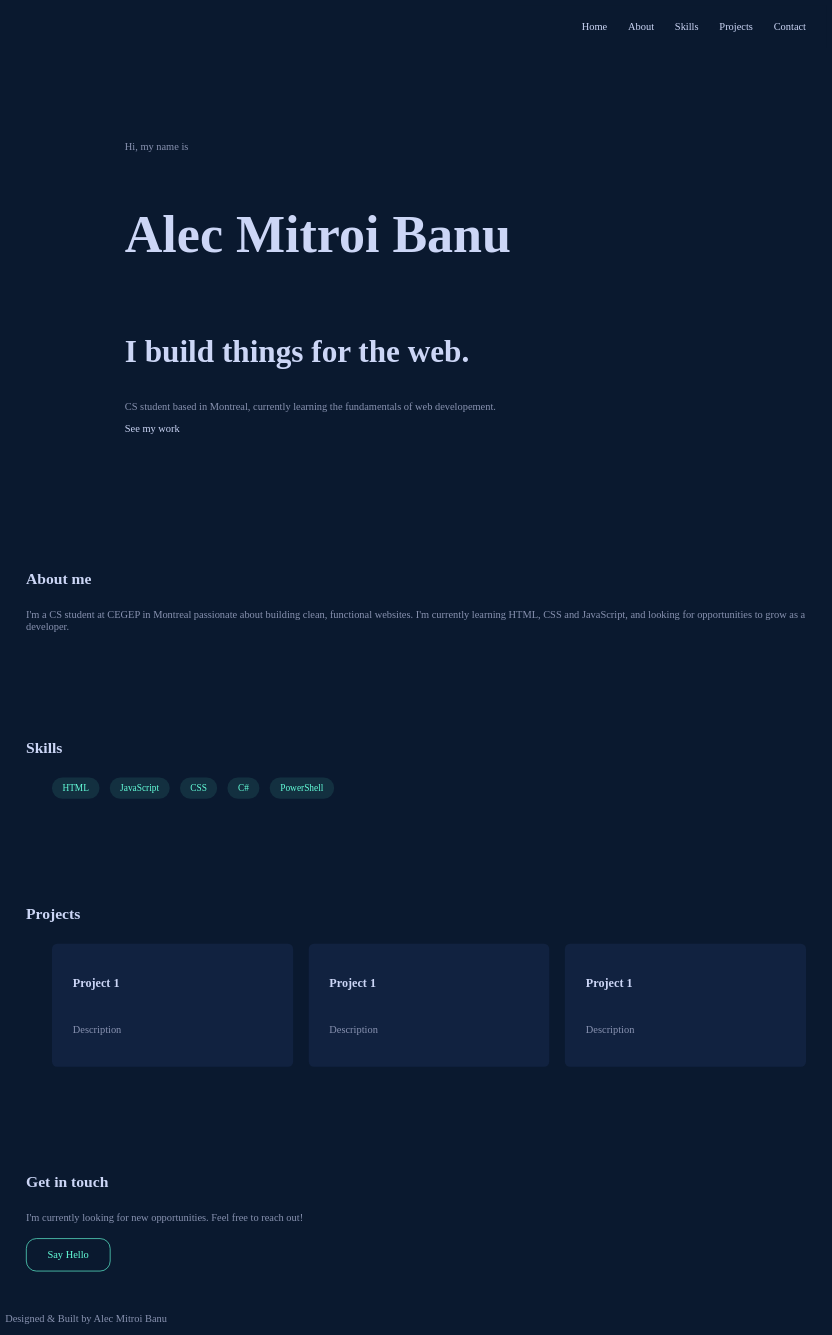
Repository: Alec-Banu/Alec-Banu
Page: index.html
The author's editor kept a copy of each file at every save. The page is drawn from the files as they stood at one save, then again after the next save.
The browser window is 1280 px wide. The pictures show the whole page, at 65% of full size.

Above is the page before, as saved 2026-05-05 12:23:52.

### index.html
<!doctype html>
<html lang="en">
  <head>
    <meta charset="UTF-8" />
    <meta name="viewport" content="width=device-width, initial-scale=1.0" />
    <title>Alec Mitroi Banu</title>
    <link rel="stylesheet" href="./styles/globals.css" />
    <link rel="stylesheet" href="./styles/index.css" />
  </head>
  <body>
    <!-- Nav  -->
    <header>
      <nav>
        <a href="#hero">Home</a>
        <a href="#about">About</a>
        <a href="#skills">Skills</a>
        <a href="#projects">Projects</a>
        <a href="#contact">Contact</a>
      </nav>
    </header>

    <!-- Hero  -->

    <main>
      <section id="hero">
        <p>Hi, my name is</p>
        <h1>Alec Mitroi Banu</h1>
        <h2>I build things for the web.</h2>
        <p>
          CS student based in Montreal, currently learning the fundamentals of
          web developement.
        </p>
        <a href="#projects">See my work</a>
      </section>

      <!-- About  -->
      <section id="about">
        <h2>About me</h2>
        <p>
          I'm a CS student at CEGEP in Montreal passionate about building clean,
          functional websites. I'm currently learning HTML, CSS and JavaScript,
          and looking for opportunities to grow as a developer.
        </p>
      </section>

      <!-- Skills  -->
      <section id="skills">
        <h2>Skills</h2>
        <ul>
          <li>HTML</li>
          <li>JavaScript</li>
          <li>CSS</li>
          <li>C#</li>
          <li>PowerShell</li>
        </ul>
      </section>

      <!-- Projects -->
      <section id="projects">
        <h2>Projects</h2>
        <ul class="cards">
          <li>
            <article class="project-card">
              <h3>Project 1</h3>
              <p>Description</p>
            </article>
          </li>
          <li>
            <article class="project-card">
              <h3>Project 1</h3>
              <p>Description</p>
            </article>
          </li>
          <li>
            <article class="project-card">
              <h3>Project 1</h3>
              <p>Description</p>
            </article>
          </li>
        </ul>
      </section>

      <!-- Contact -->
      <section id="contact">
        <h2>Get in touch</h2>
        <p>
          I'm currently looking for new opportunities. Feel free to reach out!
        </p>
        <a href="mailto:alecbanu@yahoo.com">Say Hello</a>
      </section>
    </main>
    <footer>
      <p>Designed & Built by Alec Mitroi Banu</p>
    </footer>
  </body>
</html>

### styles/globals.css
body {
  background-color: #0a192f;
}

/* TODO - move to globals for re-use */

h1 {
  font-size: 2rem;
  color: #ccd6f6;
}
h2 {
  font-size: 1.5rem;
  color: #8892b0;
}
p {
  color: #8892b0;
  margin: 1rem 0;
}

a {
  text-decoration: none;
  color: #ccd6f6;
}

### styles/index.css
/* NAVIGATION ****************************/

nav {
  display: flex;
  gap: 2rem;
  padding: 1.5rem 2rem;
  justify-content: flex-end;

  background-color: #0a192f;
}

header {
  position: sticky;
  top: 0;
  right: 0;
}

/* CONTENT ****************************/

#hero {
  min-height: 100vh;
  display: flex;
  flex-direction: column;
  justify-content: center;
  padding: 0 2rem;
  max-width: 56rem;
  margin: 0 auto;
}

section {
  padding: 4rem 2rem;

  h2 {
    font-size: 1.5rem;
    margin-bottom: 2rem;
    color: #ccd6f6;
  }
}

#skills {
  ul {
    display: flex;
    flex-wrap: wrap;
    gap: 1rem;
  }
  li {
    background-color: #64ffda1a;
    color: #64ffda;
    padding: 0.5rem 1rem;
    border-radius: 1rem;
    font-size: 0.9rem;
    list-style: none;
  }
}

#projects {
  .cards {
    display: grid;
    grid-template-columns: 1fr;
    gap: 1.5rem;
    list-style: none;
  }
  .project-card {
    background-color: #112240;
    padding: 2rem;
    border-radius: 0.5rem;
    display: flex;
    flex-direction: column;
    gap: 1rem;

    h3 {
      color: #ccd6f6;
    }
    p {
      color: #8892b0;
    }
  }
}

#contact {
  a {
    border: 0.1rem solid #64ffda;
    color: #64ffda;
    padding: 1rem 2rem;
    border-radius: 1rem;
  }
  a:hover {
    background-color: #64ffda1a;
    text-decoration: none;
  }
  p {
    margin-bottom: 2.5rem;
  }
}

/* Tablet */

@media (min-width: 768px) {
  #hero h1 {
    font-size: 3.5rem;
  }
  #hero h2 {
    font-size: 2.5rem;
  }
  #projects .cards {
    grid-template-columns: 1fr 1fr;
  }
}

/* Desktop */

@media (min-width: 1024px) {
  #hero h1 {
    font-size: 5rem;
  }
  #hero h2 {
    font-size: 3rem;
  }
  #projects .cards {
    grid-template-columns: 1fr 1fr 1fr;
  }
}

### scripts/scripts.js
const canvas = document.getElementById("dot-canvas");
const ctx = canvas.getContext("2d");

let mouse = { x: -1000, y: -1000 };
const spacing = 11;
const dotRadius = 1.5;
const cursorRadius = 150;

canvas.style.position = "fixed";
canvas.style.top = "0";
canvas.style.left = "0";
canvas.style.zIndex = "-1";
canvas.style.width = "100%";
canvas.style.height = "100%";

function resize() {
  canvas.width = window.innerWidth;
  canvas.height = window.innerHeight;
}

window.addEventListener("resize", resize);
resize();

window.addEventListener("mousemove", (e) => {
  mouse.x = e.clientX;
  mouse.y = e.clientY;
});

function draw() {
  ctx.clearRect(0, 0, canvas.width, canvas.height);

  for (let x = 0; x < canvas.width; x += spacing) {
    for (let y = 0; y < canvas.height; y += spacing) {
      const dx = mouse.x - x;
      const dy = mouse.y - y;
      const dist = Math.sqrt(dx * dx + dy * dy);

      let radius = dotRadius;
      if (dist < cursorRadius) {
        radius = dotRadius + (1 - dist / cursorRadius) * 3;
      }

      ctx.beginPath();
      ctx.arc(x, y, radius, 0, Math.PI * 2);
      ctx.fillStyle = "#373e53";
      ctx.fill();
    }
  }

  requestAnimationFrame(draw);
}

draw();

After the next save:
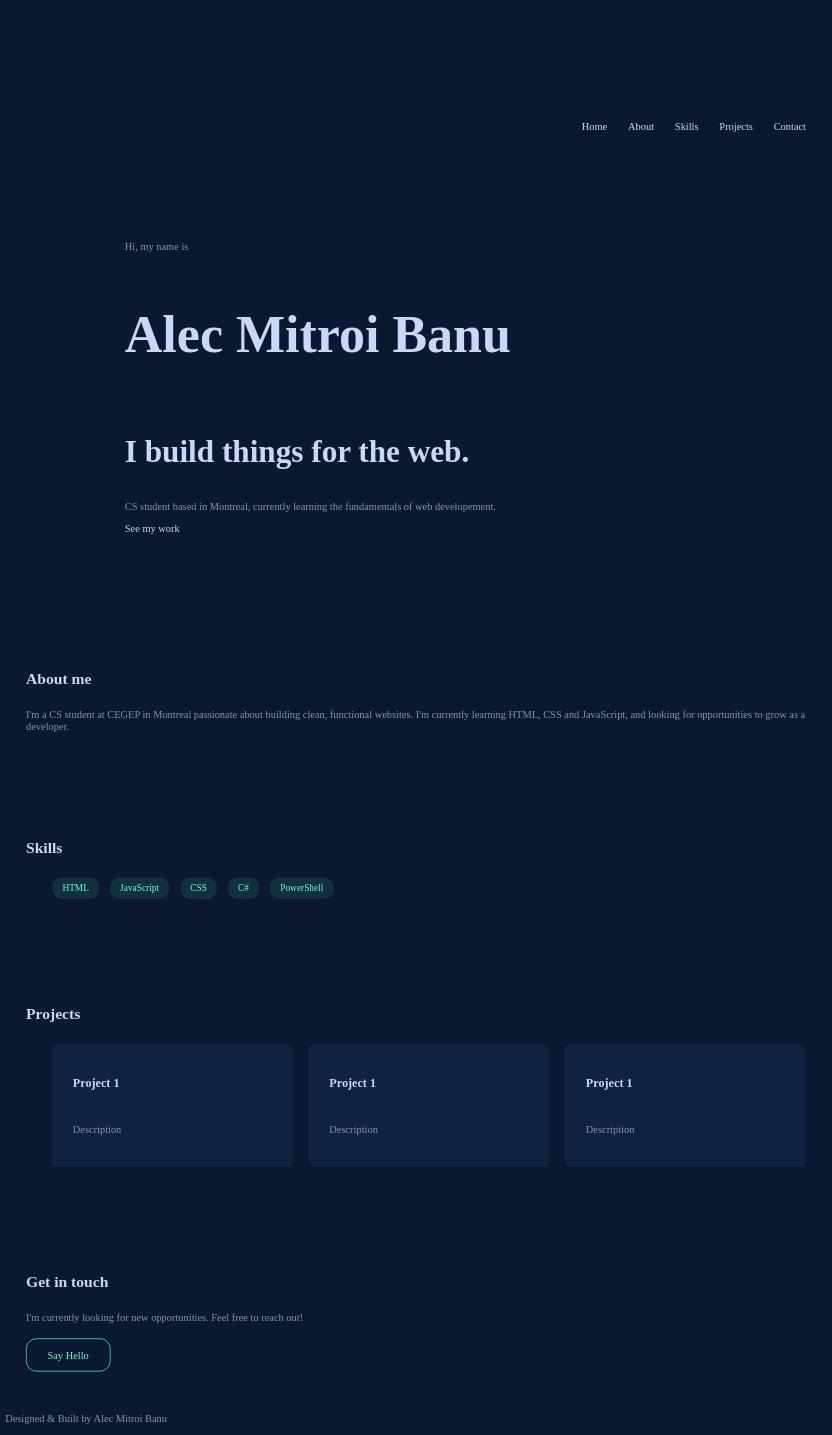
Not found: scripts.js
Saved 24 s later.
--- a/index.html
+++ b/index.html
@@ -7,6 +7,9 @@
     <link rel="stylesheet" href="./styles/globals.css" />
     <link rel="stylesheet" href="./styles/index.css" />
   </head>
+  <canvas id="dot-canvas"></canvas>
+    <script src="./scripts.js"></script>
+  </body>
   <body>
     <!-- Nav  -->
     <header>

After the save that followed:
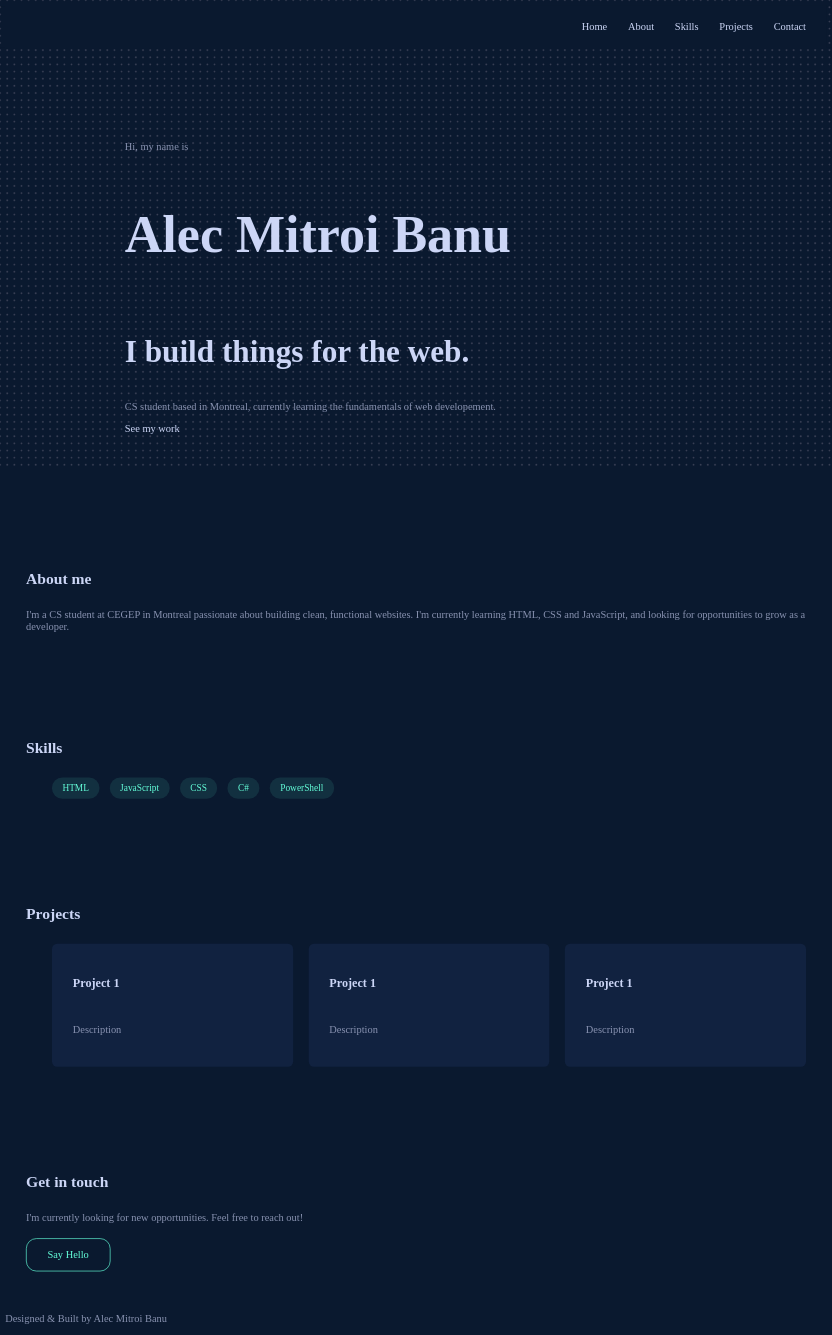
Saved 2 min 56 s later.
--- a/index.html
+++ b/index.html
@@ -8,7 +8,7 @@
     <link rel="stylesheet" href="./styles/index.css" />
   </head>
   <canvas id="dot-canvas"></canvas>
-    <script src="./scripts.js"></script>
+    <script src="./scripts/scripts.js"></script>
   </body>
   <body>
     <!-- Nav  -->
